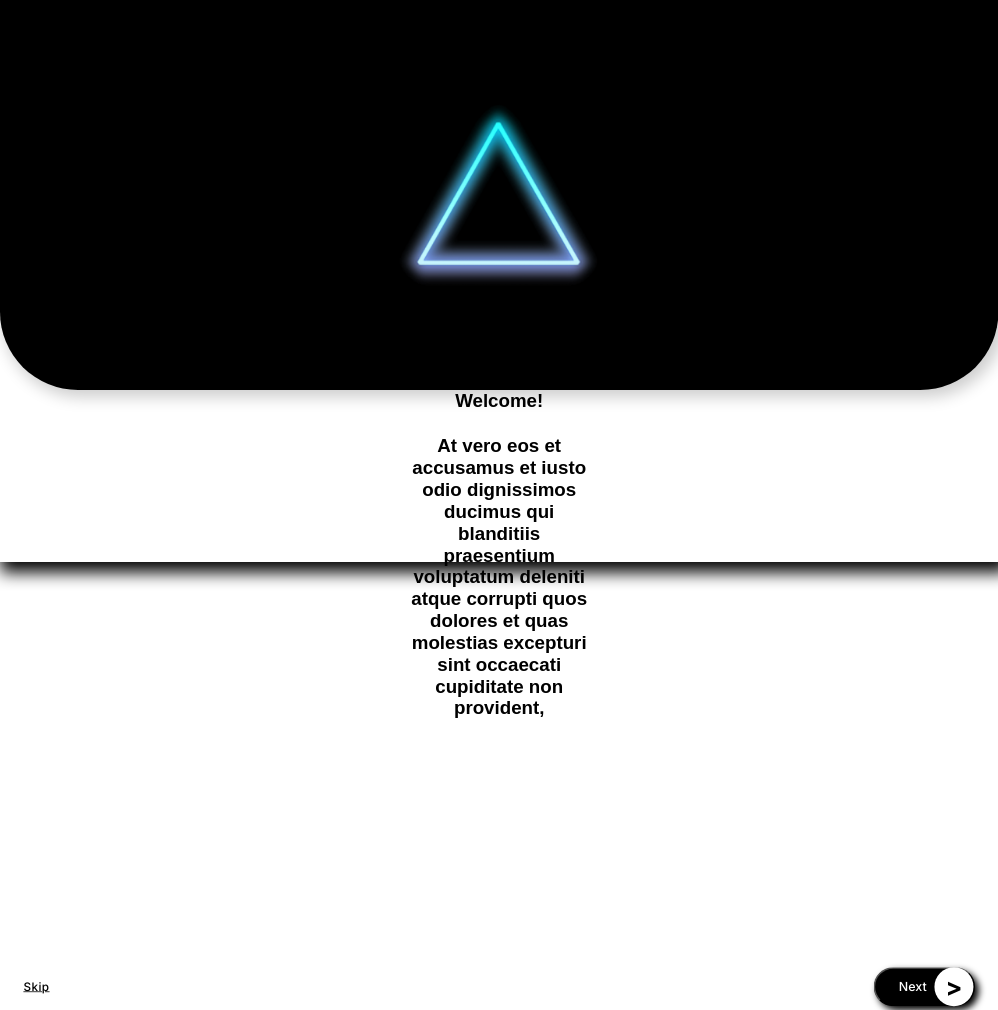
Repository: Cherced/virtualassistant
Page: /Welcome
An editor plug-in stored every save of this project. The page is shown before and after the next save, followed by the edit.
The browser window is 1280 px wide. The pictures show the whole page, at 78% of full size.
The project was rebuilt for these pictures with package versions that can differ from the ones it lists, and the page was loaded fresh each time. The framework's server and built-in components were replaced by stand-ins that run in the browser.

Above is the page before, as saved 2022-07-14 20:17:51.

### pages/_app.js
import '../sass/global.scss';


const MyApp = ({ Component, pageProps }) => {
    return <Component {...pageProps} />
  }


export default MyApp

### pages/_document.js
import { Html, Head, Main, NextScript } from 'next/document'

export default function Document() {
  return (
    <Html lang="en">
      <Head />
      <body>
        <Main />
        <div id="portal"></div>
        <NextScript />
      </body>
    </Html>
  )
}

### pages/Welcome.jsx
import React, {useEffect} from 'react'
import Meta from '../components/meta/Meta'
import { HeaderWelcome } from '../components/molecules/welcome/HeaderWelcome'
import { MainContent } from '../components/molecules/welcome/MainContent'
import { NavButtons } from '../components/molecules/welcome/NavButtons'

const Welcome = () => {

  return (
    <div className="welcome">
      <Meta title="welcome! to Zeta"/>
        <HeaderWelcome/>
        <MainContent/>
        <NavButtons/>
    </div>
  )
}

export default Welcome

### sass/global.scss
@import './vars';
@import './pages/draft';
@import './pages/welcome';

### components/meta/Meta.jsx
import Head from 'next/head'
import React from 'react'

export default function Meta ({ title }) {
  return (
    <div>
     <Head>
        <title>{ title }</title>
        <link rel="icon" href="/favicon.ico" />
    </Head>
  </div>
  )
}

### components/molecules/welcome/HeaderWelcome.jsx
import React from 'react'

export const HeaderWelcome = () => {
  return (
    <header className="brand" aria-label="Brand Logo">
    <img className="brand__img" src="/img/welcomeImg.png" alt="brand logo"/>
    </header>
  )
}

### components/molecules/welcome/MainContent.jsx
import React from 'react'
import { Instructions } from '../../atoms/Carrousels/Instructions'

export const MainContent = () => {
  return (
    <main className="main__Content--welcome" aria-label="main content">
      <h1 className="main__Content--title">This is Zeta</h1>
        <Instructions/>
    </main>
  )
}

### components/molecules/welcome/NavButtons.jsx
import React from 'react'
import Link from 'next/link'
import { NextButton } from '../../atoms/buttons/NextButton'

export const NavButtons = () => {
  return (
    <footer className="NavButtons">
      {  <Link href="#">
        <a className="NavButtons__ancord">Skip</a>
        </Link>}
        <NextButton type="button" title="Next"/>
    </footer>
  )
}

### sass/_vars.scss
@import url('https://fonts.googleapis.com/css2?family=Inter:wght@100;200;300;500;600;700;800;900&family=Roboto:ital,wght@0,100;0,300;0,400;0,500;0,700;0,900;1,100;1,300;1,400;1,500;1,700;1,900&display=swap');

$mainColor: black;
$mainTextColor: white;
$mainFont: 'Inter';


*{
    box-sizing: border-box;
    margin: 0;
    padding: 0;
    font-family: Arial, Helvetica, sans-serif;
}

### sass/pages/_draft.scss

.Draft{
    display: flex;
    align-self: center;
    width: 100%;
    justify-content: center;
    height: 100vh;
    flex-direction: column;
    align-items: center;
}

### sass/pages/_welcome.scss
@import '../components/headers/welcomeHeader';
@import '../components/carrousels/carrousel';
@import '../components/buttons/nextButton';


.welcome {
    width: 100%;
    height: 100vh;
    display: flex;
    flex-direction: column;
    align-items: center;
    box-shadow: 7px 8px 20px 7px black;
    justify-items: center;
    justify-content: space-between;

    .main__Content--welcome{
        width: 100%;
        height: 100%;
        display: flex;
        justify-content: center;
        flex-direction: column;
        align-items: center;
        .main__Content--title{
            margin-top: 30px;
        }
    }

    .NavButtons {
        display: flex;
        width: 100%;
        align-items: center;
        justify-content: space-between;
        padding: 0 30px;
        margin: 20px 0;

        .NavButtons__ancord {
            font-style: normal;
            font-weight: 400;
            font-size: 15px;
            line-height: 18px;
            letter-spacing: 0.04em;
            font-family: $mainFont;
            color: #000000;
        }
    }
}

### sass/components/headers/_welcomeHeader.scss
.brand{
    width: 100%;
    min-height: 500px;
    display: flex;
    background: black;
    border-radius: 0 0 100px 100px;
    box-shadow: 6px 6px 20px 3px rgba(0, 0, 0, 0.2);
    justify-content: center;
    align-items: center;
  .brand__img{
    object-fit: cover;
  }
}

### sass/components/carrousels/_carrousel.scss
.carrousel {
    width: 100%;
    display: flex;
    justify-content: center;
    .slider {
        height: auto;
        width: 300px;
        overflow: hidden;
        .carrousel__list {
            list-style: none;
            position: relative;
            display: flex;
            width: 100%;
            height: 100%;
            flex-direction: column;
            .carrousel__list--item {
                width: 100%;
                display: flex;
                flex-direction: column;
                align-items: center;
                justify-content: center;

                .carrousel__item--title {
                    text-align: center;
                    margin-bottom: 30px;
                }

                .carrousel__item--parragraph {
                    padding: 0 30px;
                    text-align: center;
                }
            }
        }

    }
}

### sass/components/buttons/_nextButton.scss
.button__next {
    display: flex;
    width: auto;
    min-width: 100px;
    height: 50px;
    justify-content: space-around;
    align-items: center;
    background: black;
    color: white;
    border-radius: 100px;
    padding: 0 0 0 30px;
    box-shadow: 5px 5px 10px 0px black;
    cursor: pointer;
    font-family: $mainFont;
    font-size: 16px;


    .button__next--Arrow {
        width: 50px;
        height: 50px;
        display: flex;
        align-items: center;
        justify-content: center;
        background: $mainTextColor;
        border-radius: 100px;
        margin-left: 10px;

        .next__arrow--h1 {
            padding: 10px;
            color: $mainColor;
            font-family: $mainFont;
        }
    }

}

### components/atoms/Carrousels/Instructions.jsx
import React from 'react'

export const Instructions = () => {
  return (
    <section className="carrousel" aria-label="carrousel" >
      <div className="slider" id="slider">
        <ul className="carrousel__list" >
            <li className="carrousel__list--item">
                <h1 className="carrousel__item--title">
                Welcome!
                </h1>
            </li>
            <li className="carrousel__list--item">
                <h2 className="carrousel__item--parragraph">
                At vero eos et accusamus et iusto odio dignissimos ducimus qui blanditiis praesentium voluptatum deleniti atque corrupti quos dolores et quas molestias excepturi sint occaecati cupiditate non provident,
                </h2>
            </li>
        </ul>
        <ul className="carrousel__list" >
        <li className="carrousel__list--item" >
                <h1 className="carrousel__item--title">
                you can also improve
                </h1>
            </li>
            <li className="carrousel__list--item" >
            <h2 className="carrousel__item--parragraph">
                Temporibus autem quibusdam et aut officiis debitis aut rerum necessitatibus saepe eveniet ut et voluptates repudiandae sint et molestiae non recusandae. Itaque earum rerum
                </h2>
            </li>
        </ul>
      </div>
    </section>
  )
}

### components/atoms/buttons/NextButton.jsx
import React from 'react'

export const NextButton = (props) => {

  function next(){
    const slider = document.querySelector('#slider');
    let sliderSection = document.querySelectorAll('.carrousel__list');
    let sliderSectionFirst = sliderSection[0];
    slider.style.marginLeft = "-100%";
    slider.style.transition = "all 0.5s";
    setTimeout(function(){
    slider.style.transition = "none";
    slider.insertAdjacentElement('beforeend', sliderSectionFirst);
    slider.style.marginLeft = "0";
}
,500);
}

const handleNextButton = () => {
  const slider = document.querySelector('#slider');
  let sliderSection = document.querySelectorAll('.carrousel__list--item');
  console.log(sliderSection[0].firstElementChild.textContent)
if(sliderSection[0].firstElementChild.textContent === "Welcome!"){
    next()
  } else {
    console.log("redirect")
  }
}


  return (
    <button onClick={()=> handleNextButton()} className="button__next" type={props.type} aria-label="Next Button">
        {props.title}
        <div className="button__next--Arrow">
            <h1 className="next__arrow--h1">
                &#62;
            </h1>
        </div>
    </button>
  )
}

After the next save:
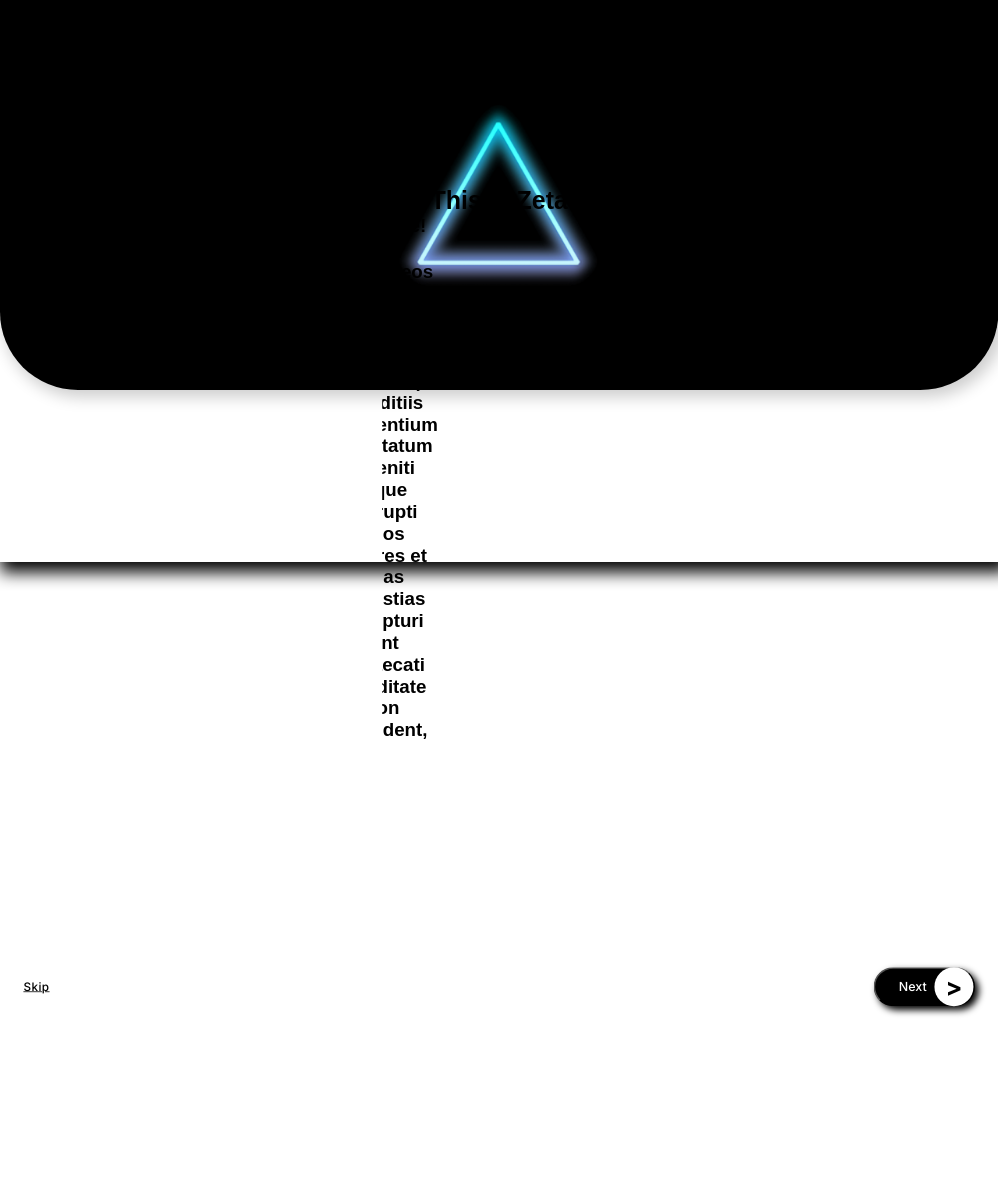
Saved 6 s later.
--- a/sass/components/carrousels/_carrousel.scss
+++ b/sass/components/carrousels/_carrousel.scss
@@ -10,7 +10,7 @@
             list-style: none;
             position: relative;
             display: flex;
-            width: 100%;
+            width: 00%;
             height: 100%;
             flex-direction: column;
             .carrousel__list--item {
